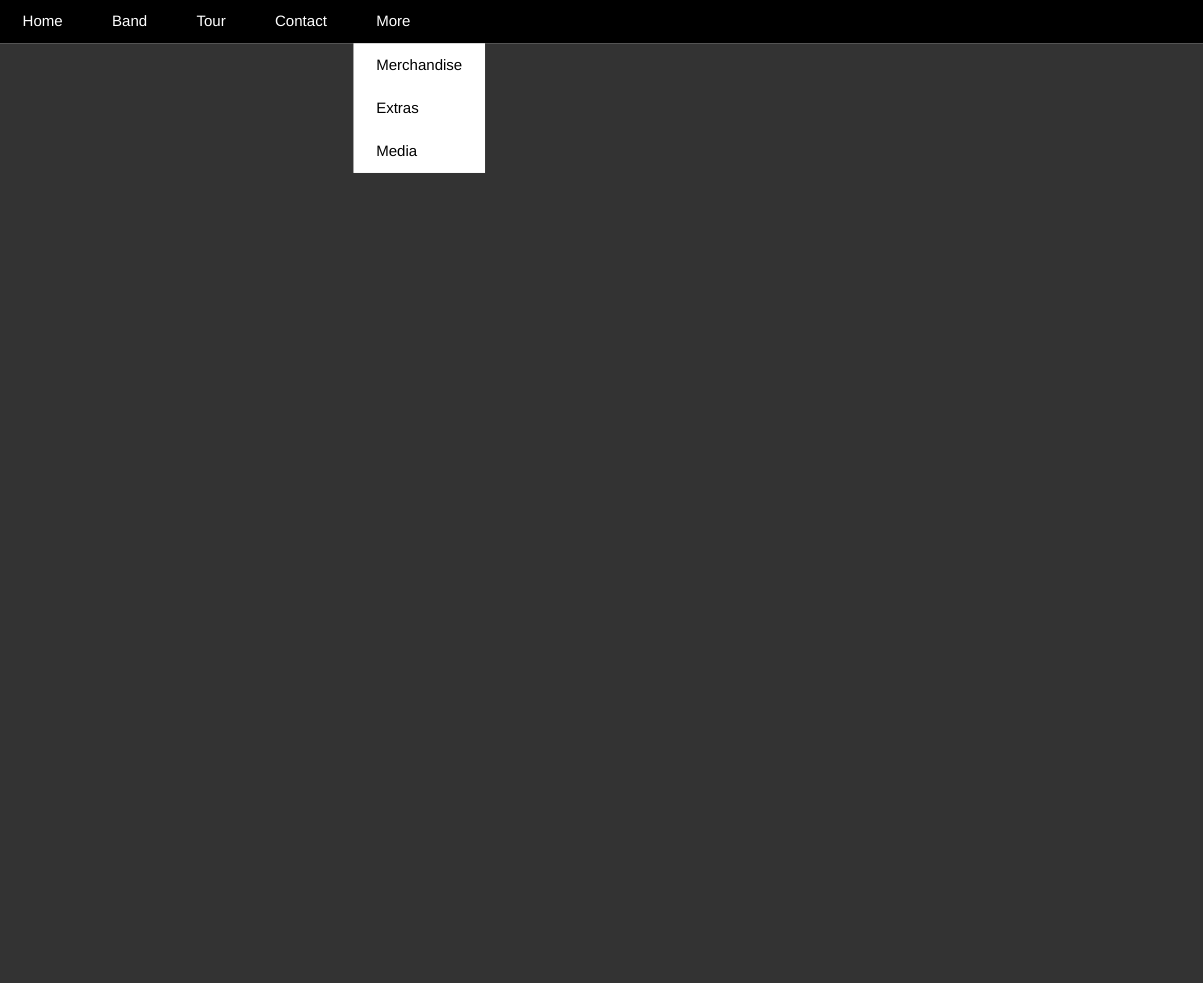
Repository: anhviet-key/hello-cac-ban
Page: HTMS_CSS ZERO 0/index.html
These files come from the project's save history. The page is drawn as it stood at one moment and after the next save; the edit follows.
The browser window is 1280 px wide. The pictures show the whole page, at 94% of full size.
The pointer rests on the first visible `#nav>li`.

Above is the page before, as saved 2021-10-03 22:46:26.

### HTMS_CSS ZERO 0/index.html
<!DOCTYPE html>
<html lang="en">

<head>
    <meta charset="UTF-8">
    <meta http-equiv="X-UA-Compatible" content="IE=edge">
    <meta name="viewport" content="width=device-width, initial-scale=1.0">
    <title>Document</title>
    <link rel="stylesheet" href="./assets/css/style.css">
</head>

<body>
    <!--TODO: Let`s go-->
    <div id="main">
        <div id="header">
            <ul id="nav">
                <li>
                    <a href="#">Home</a>
                </li>
                <li>
                    <a href="#">Band</a>
                </li>
                <li>
                    <a href="#">Tour</a>
                </li>
                <li>
                    <a href="#">Contact</a>
                </li>
                <li>
                    <a href="#">More</a>
                    <ul class="subnav">
                        <li>
                            <a href="">Merchandise</a>
                        </li>
                        <li>
                            <a href="">Extras</a>
                        </li>
                        <li>
                            <a href="">Media</a>
                        </li>
                    </ul>
                </li>
            </ul>
        </div>
        <div id="slider">

        </div>
        <div id="content">
            <div class="slibar">

            </div>
        </div>
        <div id="footer">
            <div>

            </div>
        </div>
    </div>
</body>

</html>

### HTMS_CSS ZERO 0/assets/css/style.css
* {
    margin: 0;
    padding: 0;
    box-sizing: border-box;
}

html {
    font-family: helvetica, arial, sans-serif;
}

#main {}

#header {
    height: 46px;
    background-color: black;
}

#nav {}

#nav li {
    display: inline-block;
    position: relative;
}

#nav>li>a {
    color: #fff;
}

#nav li a {
    /* color: #fff; */
    text-decoration: none;
    line-height: 46px;
    padding: 0px 24px;
    display: inline-block;
}

#nav>li:hovera {
    color: rgb(12, 11, 11);
    background-color: rgb(115, 122, 126);
}

#nav .subnav {
    /* display: none; */
    position: absolute;
    background-color: #fff;
}

#nav .subnav a {
    color: black;
}

#slider {
    min-height: 1000px;
    background-color: #333;
}

#content #footer

After the next save:
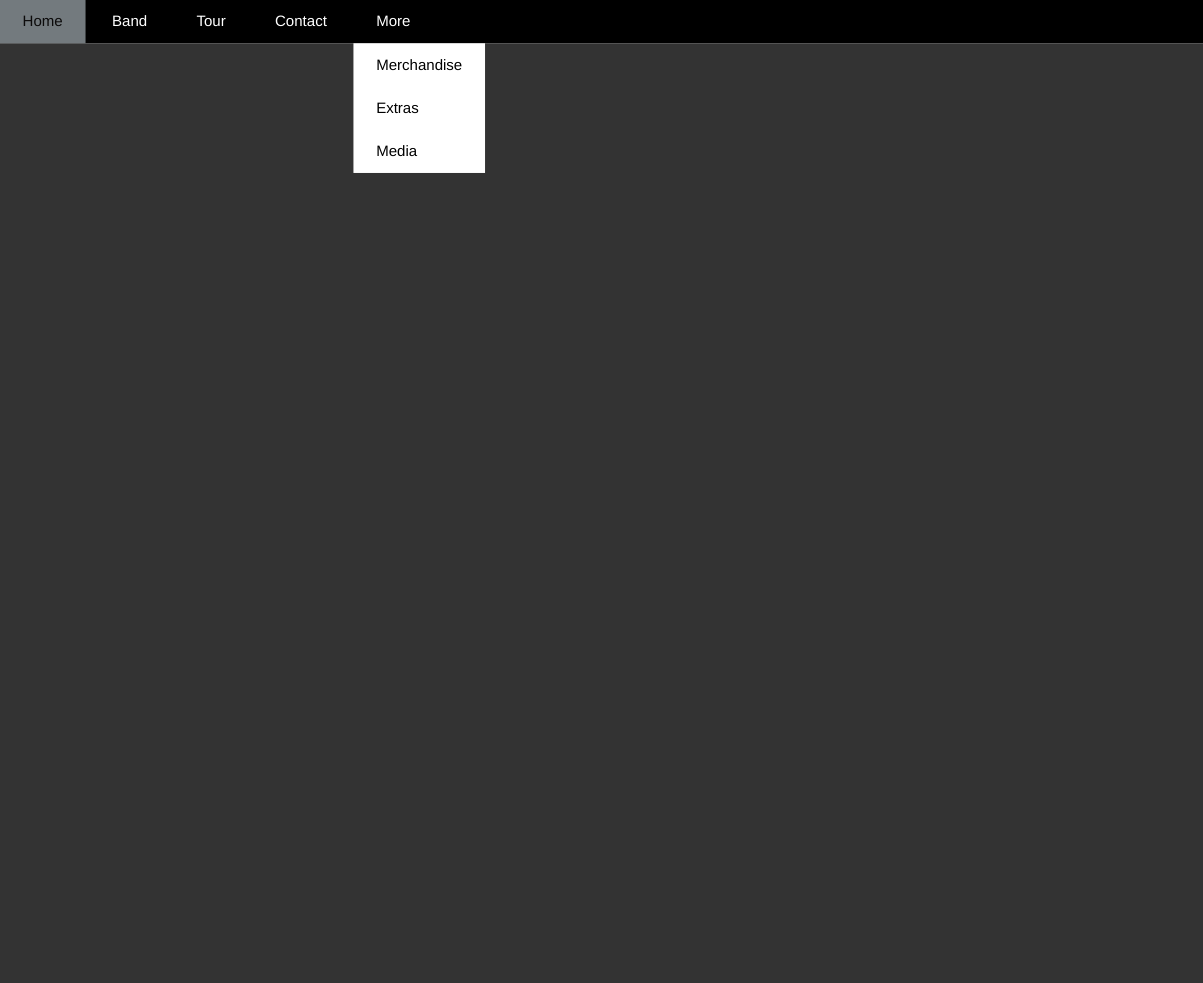
Saved 7 s later.
--- a/HTMS_CSS ZERO 0/assets/css/style.css
+++ b/HTMS_CSS ZERO 0/assets/css/style.css
@@ -34,7 +34,7 @@ html {
     display: inline-block;
 }
 
-#nav>li:hovera {
+#nav>li:hover>a {
     color: rgb(12, 11, 11);
     background-color: rgb(115, 122, 126);
 }
